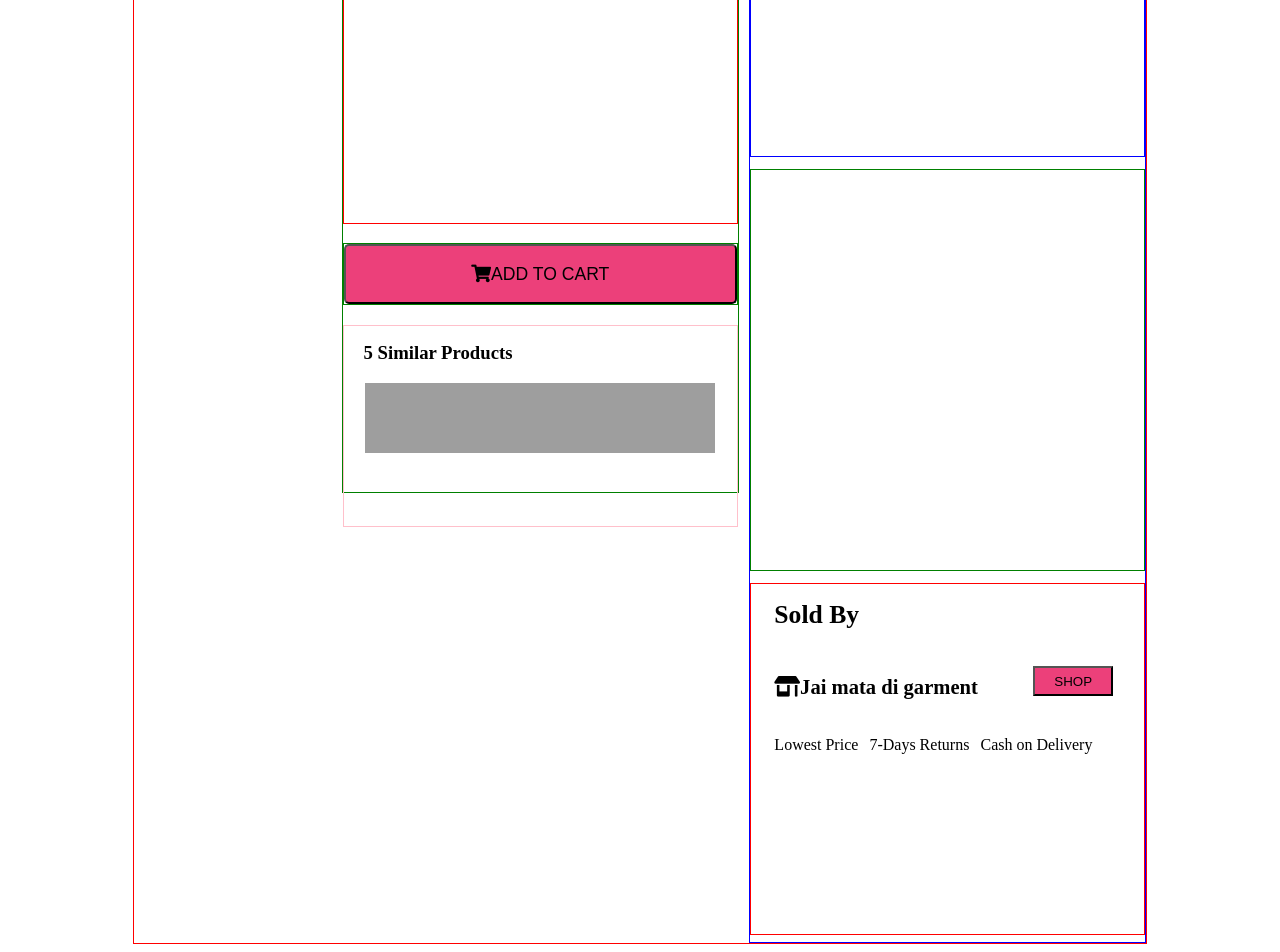
Repository: deepakxxxx/meesho
Page: catelog.html
The author's editor kept a copy of each file at every save. The page is drawn from the files as they stood at one save, then again after the next save.
The browser window is 1280 px wide. The pictures show the part of the page from y = 419 to 1371 px (the page is 1371 px tall).
Pictures or frames that could not be fetched are drawn as grey boxes. A picture or video elsewhere on the page could not be fetched, so the positions and the page height are approximate.

Above is the page before, as saved 2021-11-06 17:50:26.

After the next save:
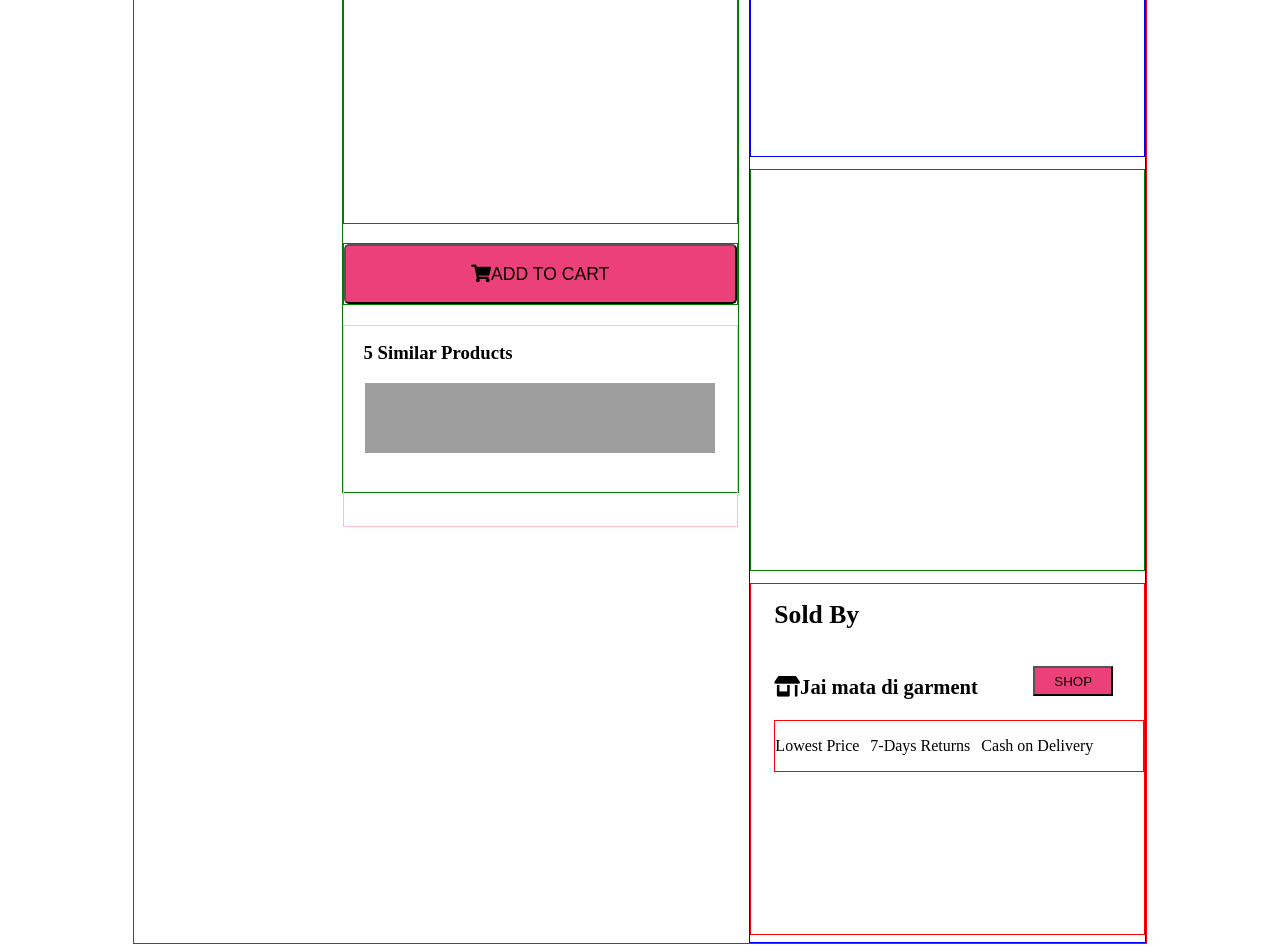
Saved 5 s later.
--- a/catelog.html
+++ b/catelog.html
@@ -233,7 +233,7 @@
         display: flex;
         margin-left: 6%;
         column-gap: 3%;
-        border:;
+        border: 1px solid red;
     }
 </style>
 <body>
